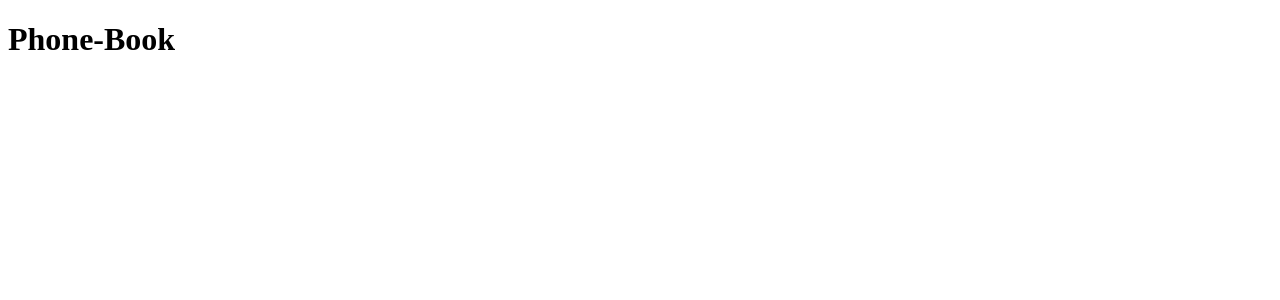
Repository: STA1357/Phone-book
Page: Inner.html
These files come from the project's save history. The page is drawn as it stood at one moment and after the next save; the edit follows.
The browser window is 1280 px wide. The pictures show the whole page.

Above is the page before, as saved 2020-12-08 08:35:40.

### Inner.html
<!DOCTYPE html>
<html lang="en">
<head>
    <meta charset="UTF-8">
    <meta name="viewport" content="width=device-width, initial-scale=1.0">
    <title>Phone Book</title>
    <link rel="stylesheet" href="./styles.css">
</head>
<body>
    <form action="#">
        <header>
            <div class="header-title">
                <h1>Phone-Book</h1>
            </div>
        </header>
        <main>

        </main>
    </form>

    <script src="./app.js"></script>
</body>
</html>

### app.js
const form = document.querySelector('form')


class Person{
    constructor(options){
        this.name = options.name
        this.lname = options.lname
        this.tel = options.tel
        this.email = options.email
        this.birthday = options.birthday
    }
}

class User extends Person{
    static type = "User"
}

const user = new User({
    name: "",
    lname: "",
    tel: "",
    email:"",
    birthday:""
})


localStorage.setItem('userInfo', JSON.stringify(user));




/*const raw = localStorage.getItem('userInfo')
const userInfo = JSON.parse(raw)
userInfo.name = 'Maxim'

console.log(userInfo);*/

Loaded but not shown: styles.css (no copy from this time; the picture is the same without it)

After the next save:
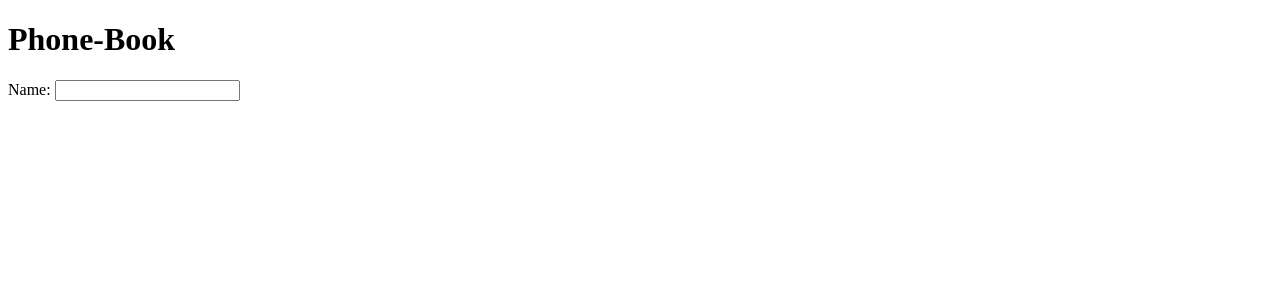
Saved 70 s later.
--- a/Inner.html
+++ b/Inner.html
@@ -14,7 +14,10 @@
             </div>
         </header>
         <main>
-
+            <div class="container">
+                <label for="name">Name:</label>
+                <input type="text" id="name">
+            </div>
         </main>
     </form>
 
